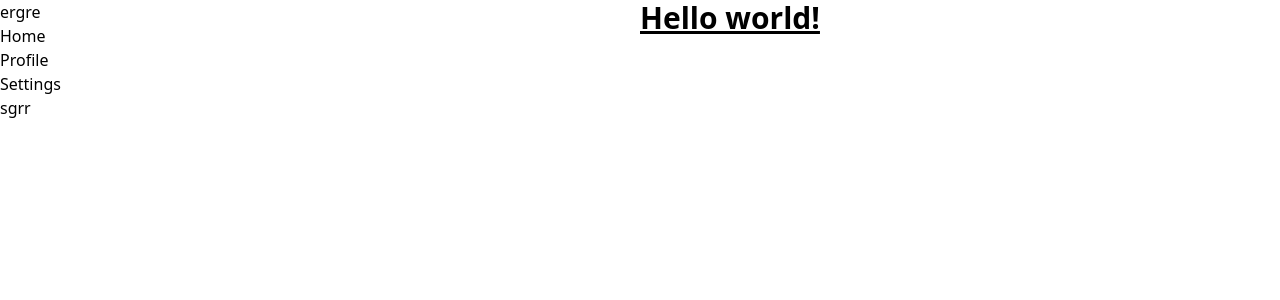
Repository: Yh010/dukaanDashboard
Page: /
An editor plug-in stored every save of this project. The page is shown before and after the next save, followed by the edit.
The browser window is 1280 px wide. The pictures show the whole page.
The project was rebuilt for these pictures with package versions that can differ from the ones it lists, and the page was loaded fresh each time. Also part of the build but not shown: vite.config.js, src/App.css.

Above is the page before, as saved 2024-01-21 11:10:46.

### src/App.jsx
/* import { useState } from 'react' */
/* import reactLogo from './assets/react.svg'
import viteLogo from '/vite.svg' */
import './App.css'
import SideNavBar from './components/sidenavbar'

function App() {
/*   const [count, setCount] = useState(0) */

  return (
    <div className='grid grid-cols-2'>
       <SideNavBar/>
        <h1 className="text-3xl font-bold underline">
            Hello world!
        </h1>

    </div>

  )
}

export default App

### src/components/sidenavbar.jsx
function SideNavBar() {
    return (
        <div className="sidenavbar justify-between">
            <div id="head">
                ergre
            </div>



            <div id="items">
                <ul>
                    <li>Home</li>
                    <li>Profile</li>
                    <li>Settings</li>
                 </ul>
            </div>



            <div id="credits">
                sgrr
            </div>

        </div>
    );
}

export default SideNavBar;

Loaded but not shown: index.html (common file); src/main.jsx (common file); src/index.css (common file); tailwind.config.js (common file)

After the next save:
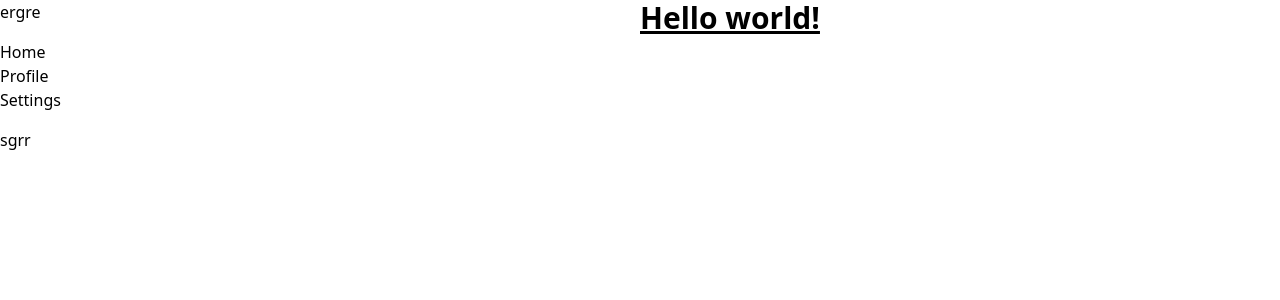
Saved 3 min 47 s later.
--- a/src/components/sidenavbar.jsx
+++ b/src/components/sidenavbar.jsx
@@ -1,6 +1,6 @@
 function SideNavBar() {
     return (
-        <div className="sidenavbar justify-between">
+        <div className="sidenavbar space-y-4 justify-between">
             <div id="head">
                 ergre
             </div>

After the save that followed:
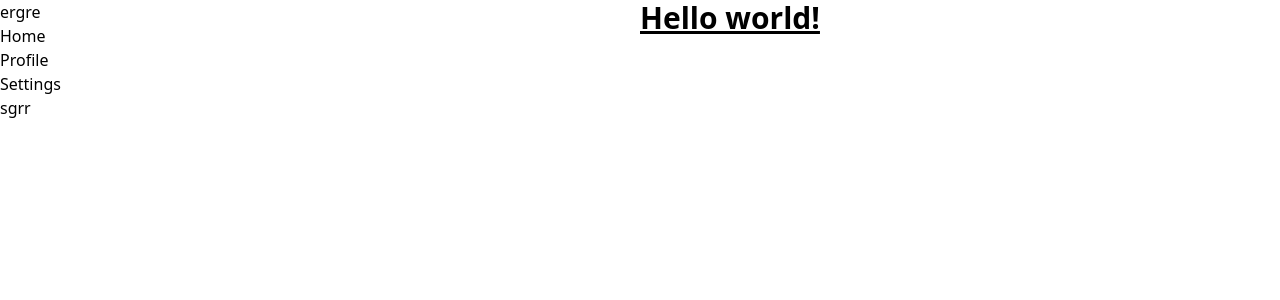
Saved 34 s later.
--- a/src/components/sidenavbar.jsx
+++ b/src/components/sidenavbar.jsx
@@ -1,6 +1,6 @@
 function SideNavBar() {
     return (
-        <div className="sidenavbar space-y-4 justify-between">
+        <div className="sidenavbar space-y justify-between">
             <div id="head">
                 ergre
             </div>
